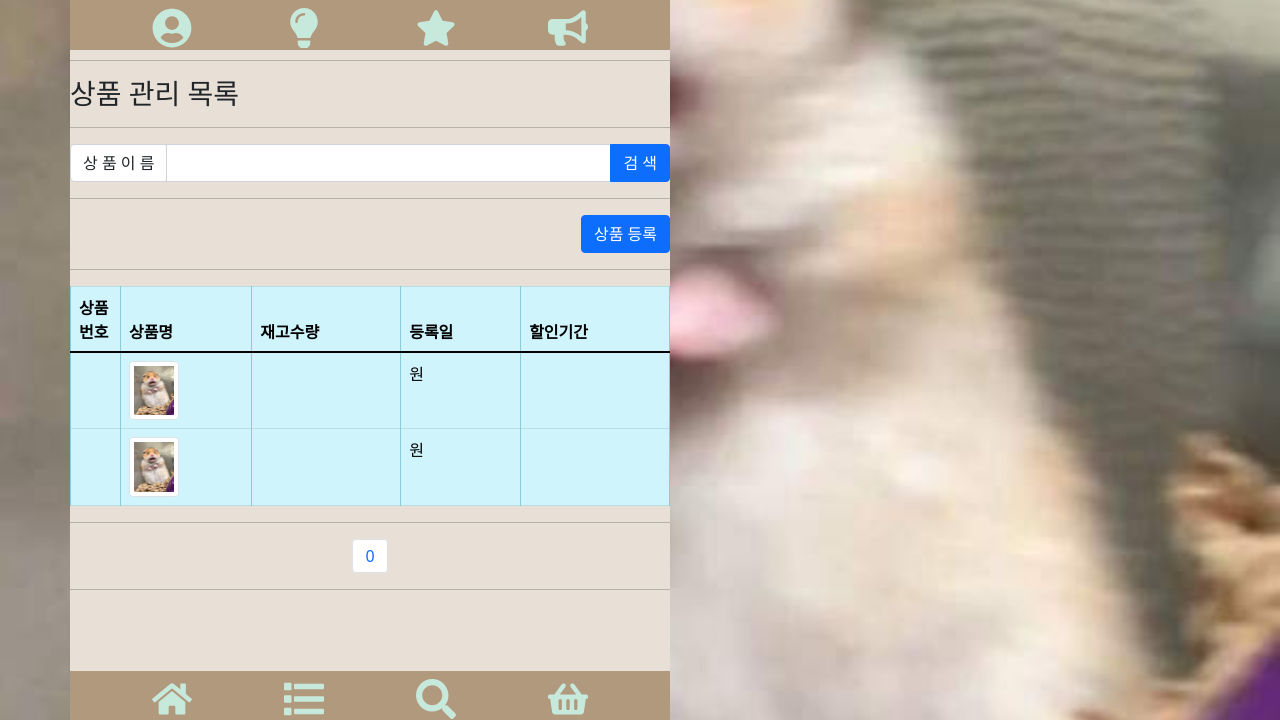
Repository: heegyu97/project
Page: http://localhost/0801_mvc2/WEB-INF/views/seller/productList.jsp
An editor plug-in stored every save of this project. The page is shown before and after the next save, followed by the edit.
The browser window is 1280 px wide. The pictures show the whole page.
Some web libraries are served in a nearby version. The page is served by Tomcat 9. Nobody is signed in. Other server files are loaded and not shown. The template is opened directly, without the code that normally fills it, so the values that code supplies are empty.

Above is the page before, as saved 2022-08-11 08:14:40.

### 0801_mvc2/src/main/webapp/WEB-INF/views/seller/productList.jsp
<%@ page language="java" contentType="text/html; charset=UTF-8"
    pageEncoding="UTF-8"%>
<%@ taglib uri="http://java.sun.com/jsp/jstl/core" prefix="c" %>
<html>
	<head>
		<meta charset="UTF-8">
		<title> 상품 목록 </title>
		<script src="https://ajax.googleapis.com/ajax/libs/jquery/3.6.0/jquery.min.js"></script>
		<%@ include  file ="/WEB-INF/views/style_link.jsp" %>
		<style type="text/css">
		</style>
	</head>
	<body>
	<%@ include file="/WEB-INF/views/header.jsp" %>
		<hr>
		<h3> 상품 관리 목록 </h3>
		<hr>
		<form action="${pageContext.request.contextPath}/product/list" method="get">
			<div class="input-group">
				<div class="input-group-prepend">
					<select class="form-control" id="searchOption" name="searchOption">
						<option value="prdt_name"
							<c:if test="${search_dto.searchOption == 'prdt_name'}">selected="selected"</c:if>
						> 상 품 이 름 </option>
						<option value="mid"
							<c:if test="${search_dto.searchOption == 'mid'}">selected="selected"</c:if>
						> 판 매 자 </option>
					</select>
				</div>
				<input type="text" class="form-control" id="searchWord" name="searchWord"
						value="${search_dto.searchWord}">
				<div class="input-group-append">
					<button type="submit" class="btn btn-primary"> 검 색 </button>
				</div>
			</div>
		</form>
		<hr>
		<div class="clearfix">
			<a href="${pageContext.request.contextPath}/seller/form">
				<button class="btn btn-primary float-right"> 상품 등록 </button>
			</a>
		</div>
		<hr>
		<table class="table table-hover table-bordered table-info">
			<col class="col-1">
			<thead>
				<tr>
					<th>상품번호</th>	<th>상품명</th>
					<th>재고수량</th> <th>등록일</th> <th>할인기간</th>
				</tr>
			</thead>
			<tbody>
<%-- 				<c:forEach var="dto" items="${list}"> --%>
				<c:forEach  begin="1" end="2">
					<tr>
						<td><%-- 상품번호 --%>

						</td>
						<td><%-- 썸네일 ${dto.thumbnail_path} --%>
							<a href="${pageContext.request.contextPath}/guest/detail">
								<img src="${pageContext.request.contextPath}/resources/img/bg.jpeg"
									width="50px" height="50px" class="img-thumbnail ">
							</a>
						</td>
						<td>

							<a href="${pageContext.request.contextPath}/product/detail?prdt_no=${dto.prdt_no}">
								${dto.prdt_name}
							</a>
						</td>
						<td><%--  --%>
							${dto.sale_price} 원
						</td>
						<td>${dto.mid}</td>
					</tr>
				</c:forEach>
			</tbody>
		</table>
		<hr>
		<%-- 페이징 --%>
		<ul class="pagination">
			<c:if test="${startPageNum > 10}">
				<li class="page-item mx-auto">
					<a class="page-link"
						href="${pageContext.request.contextPath}/product/list?userWantPage=${startPageNum-1}&searchOption=${search_dto.searchOption}&searchWord=${search_dto.searchWord}">
						Previous
					</a>
				</li>
			</c:if>
			<c:forEach var="page_no" begin="${startPageNum}" end="${endPageNum}">
				<c:choose>
					<c:when test="${page_no == userWantPage}">
						<li class="page-item active mx-auto">
							<a class="page-link">${page_no}</a>
						</li>
					</c:when>
					<c:otherwise>
						<li class="page-item mx-auto">
							<a class="page-link"
								href="${pageContext.request.contextPath}/product/list?userWantPage=${page_no}&searchOption=${search_dto.searchOption}&searchWord=${search_dto.searchWord}">
								${page_no}
							</a>
						</li>
					</c:otherwise>
				</c:choose>
			</c:forEach>
			<c:if test="${lastPageNum > endPageNum}">
				<li class="page-item mx-auto">
					<a class="page-link"
						href="${pageContext.request.contextPath}/product/list?userWantPage=${endPageNum+1}&searchOption=${search_dto.searchOption}&searchWord=${search_dto.searchWord}">
						Next
					</a>
				</li>
			</c:if>
		</ul>
		<hr>
	<%@ include file="/WEB-INF/views/footer.jsp" %>
	</body>
</html>

### 0801_mvc2/src/main/webapp/WEB-INF/views/style_link.jsp
<%@ page language="java" contentType="text/html; charset=UTF-8"
    pageEncoding="UTF-8"%>
<%@ taglib uri="http://java.sun.com/jsp/jstl/core" prefix="c" %>

<script
	src="https://ajax.googleapis.com/ajax/libs/jquery/3.6.0/jquery.min.js"></script>
<link rel="stylesheet"
	href="https://cdn.jsdelivr.net/npm/bootstrap@4.6.1/dist/css/bootstrap.min.css">
<script
	src="https://cdn.jsdelivr.net/npm/popper.js@1.16.1/dist/umd/popper.min.js"></script>
<script
	src="https://cdn.jsdelivr.net/npm/bootstrap@4.6.1/dist/js/bootstrap.bundle.min.js"></script>
<!-- ckeditor -->
<script src="//cdn.ckeditor.com/4.19.0/full/ckeditor.js"></script>
<!-- bootstrap to icon -->
<script defer
	src="https://use.fontawesome.com/releases/v5.0.8/js/solid.js"
	integrity="sha384-+Ga2s7YBbhOD6nie0DzrZpJes+b2K1xkpKxTFFcx59QmVPaSA8c7pycsNaFwUK6l"
	crossorigin="anonymous"></script>
<script defer
	src="https://use.fontawesome.com/releases/v5.0.8/js/fontawesome.js"
	integrity="sha384-7ox8Q2yzO/uWircfojVuCQOZl+ZZBg2D2J5nkpLqzH1HY0C1dHlTKIbpRz/LG23c"
	crossorigin="anonymous"></script>
<link
	href="https://cdn.jsdelivr.net/npm/bootstrap@5.0.2/dist/css/bootstrap.min.css"
	rel="stylesheet"
	integrity="sha384-EVSTQN3/azprG1Anm3QDgpJLIm9Nao0Yz1ztcQTwFspd3yD65VohhpuuCOmLASjC"
	crossorigin="anonymous">
<!-- main 기준 공용 -->
<link rel="stylesheet"
	href= "${pageContext.request.contextPath}/resources/E1I3/CSS/style_share.css">
<!-- nav 버튼 사이 거리 조정 -->
<link rel="stylesheet"
	href="${pageContext.request.contextPath}/resources/E1I3/CSS/style_hf.css">

<!-- 0811에 추가 -->
<%@ taglib prefix="fmt" uri="http://java.sun.com/jsp/jstl/fmt" %>

### 0801_mvc2/src/main/webapp/WEB-INF/views/header.jsp
<%@ page language="java" contentType="text/html; charset=UTF-8"
	pageEncoding="UTF-8"%>
<%@ taglib uri="http://java.sun.com/jsp/jstl/core" prefix="c"%>
<div class="container">
	<div class="row">
		<div id="aaa" class="col-lg-6 ">
			<iframe id="bbb" name="adver-frame"
				src="${pageContext.request.contextPath}/adver"></iframe>
		</div>


		<!-- 화면 나누기 :home 화면 오른쪽 : iframe to main -->
		<div id="ccc" class="col-lg-6">
			<!-- footer col6 -->
			<div class="nav">
				<!-- MENU -->
				<section class="servics">
					<div class="icons">
						<div class="child icon1">
							<a class="nav-link" href="${pageContext.request.contextPath}/loginform">
								<i class="fa fa-user-circle" style="width:40px; height:40px; color: #C6E9DC" ></i>
							</a>
						</div>
						<div class="child icon2">
							<a class="nav-link" href="${pageContext.request.contextPath}/tip/tip">
								<i class="fa fa-lightbulb" style="width:40px; height:40px; color: #C6E9DC" ></i>
							</a>
						</div>
						<div class="child icon3">
							<a class="nav-link" href="${pageContext.request.contextPath}/home">
								<i class="fa fa-star" style="width:40px; height:40px; color: #C6E9DC" ></i>
							</a>
						</div>
						<div class="child icon4">
							<a class="nav-link"
								href="${pageContext.request.contextPath}/home"> <i
								class="fa fa-bullhorn" style="width:40px; height:40px; color: #C6E9DC" ></i>
							</a>
						</div>
					</div>
				</section>

			</div>
			<main>
				<!-- 여백 -->
				<h3 style="margin-bottom: 60px"></h3>

### 0801_mvc2/src/main/webapp/WEB-INF/views/footer.jsp
<%@ page language="java" contentType="text/html; charset=UTF-8"
	pageEncoding="UTF-8"%>
<h3 style="margin-top: 60px"></h3>
</main>
<div class="nav" style="bottom: -1px;">
	<!-- MENU -->
	<section class="servics">
		<div class="icons">
			<div class="child icon1">
				<a class="nav-link" href="${pageContext.request.contextPath}/home">
				   <i class="fa fa-home"  style="width:40px; height:40px; color: #C6E9DC" ></i>
				</a>
			</div>
			<div class="child icon2">
				<a class="nav-link" href="${pageContext.request.contextPath}/home">
					<i class="fa fa-list"  style="width:40px; height:40px; color: #C6E9DC" ></i>
				</a>
			</div>
			<div class="child icon3">
				<a class="nav-link" href="${pageContext.request.contextPath}/home">
					<i class="fa fa-search"  style="width:40px; height:40px; color: #C6E9DC" ></i>
				</a>
			</div>
			<div class="child icon4">
				<a class="nav-link" href="${pageContext.request.contextPath}/home">
					<i class="fa fa-shopping-basket"  style="width:40px; height:40px; color: #C6E9DC" ></i>
				</a>
			</div>
		</div>
	</section>

</div>
</div>
<!-- col6 -->
</div>
<!-- row  -->
</div>
<!-- contain  -->

### 0801_mvc2/src/main/webapp/resources/E1I3/CSS/style_share.css
@charset "UTF-8";

.servics{
   width: 100%;
   text-align: center;
}
.icons{
	display: flex;
	justify-content: center;
}
.child{
	text-align: center;
}

main{
	width : 600px;
}
.nav{
		display : inline-block;
		width : 600px;
		height : 50px;
		z-index: 2;
		background-color: #B1997D;
		position: fixed;

}
main{
	width : 600px;
}

body{
	background-image: url('${pageContext.request.contextPath}/resources/img/bg.jpeg');
	background-repeat: no-repeat;
 	background-position: center;
	background-size: cover;
}


#adver-frame {width : 100%;height : 100%}
	@media only screen and (max-width : 1400px ){
	#aaa{
		display: none;
	}

}


#ccc{
	display : inline-block;
  	height: 100vh;
  	background-color : #E8E0D6;
}

::-webkit-scrollbar {
	display: none;
}


#bbb,#ccc {

  	padding: 0px;
  	margin: 0px;
 	overflow: auto;
	width: 600px;
	min-width: 600px;
}
#bbb {
	list-style-type: none;
  	height: 100%;
 	position: fixed;
}

### 0801_mvc2/src/main/webapp/resources/E1I3/CSS/style_hf.css
@charset "UTF-8";

.icon1, .icon2, .icon3{
	margin-right: 10%;
}

After the next save:
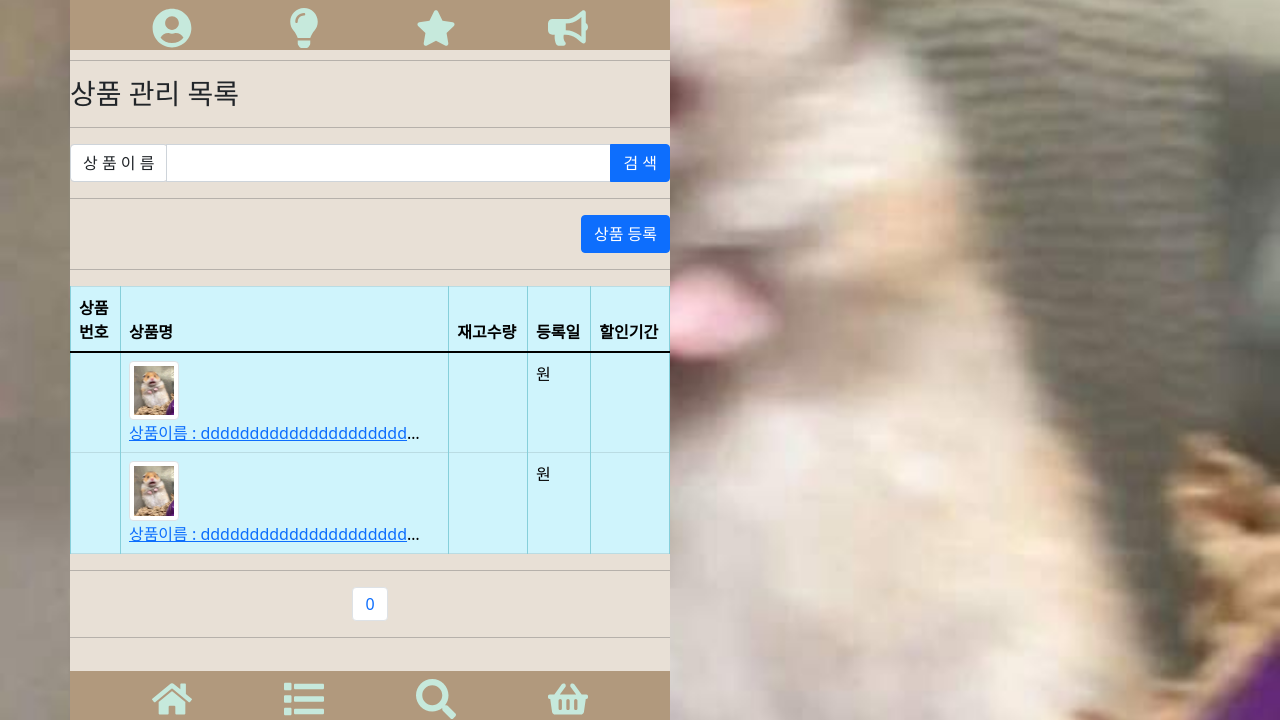
Saved 52 s later.
--- a/0801_mvc2/src/main/webapp/WEB-INF/views/seller/productList.jsp
+++ b/0801_mvc2/src/main/webapp/WEB-INF/views/seller/productList.jsp
@@ -8,6 +8,12 @@
 		<script src="https://ajax.googleapis.com/ajax/libs/jquery/3.6.0/jquery.min.js"></script>
 		<%@ include  file ="/WEB-INF/views/style_link.jsp" %>
 		<style type="text/css">
+		div.pname{
+			width: 300px;
+			white-space: nowrap;
+		 	overflow: hidden;
+ 			text-overflow: ellipsis;
+		}
 		</style>
 	</head>
 	<body>
@@ -61,6 +67,11 @@
 								<img src="${pageContext.request.contextPath}/resources/img/bg.jpeg"
 									width="50px" height="50px" class="img-thumbnail ">
 							</a>
+							<div class="pname">
+								<a href="${pageContext.request.contextPath}/guest/detail">
+									상품이름 : ddddddddddddddddddddddddddddddd
+								</a>
+							</div>
 						</td>
 						<td>
 
